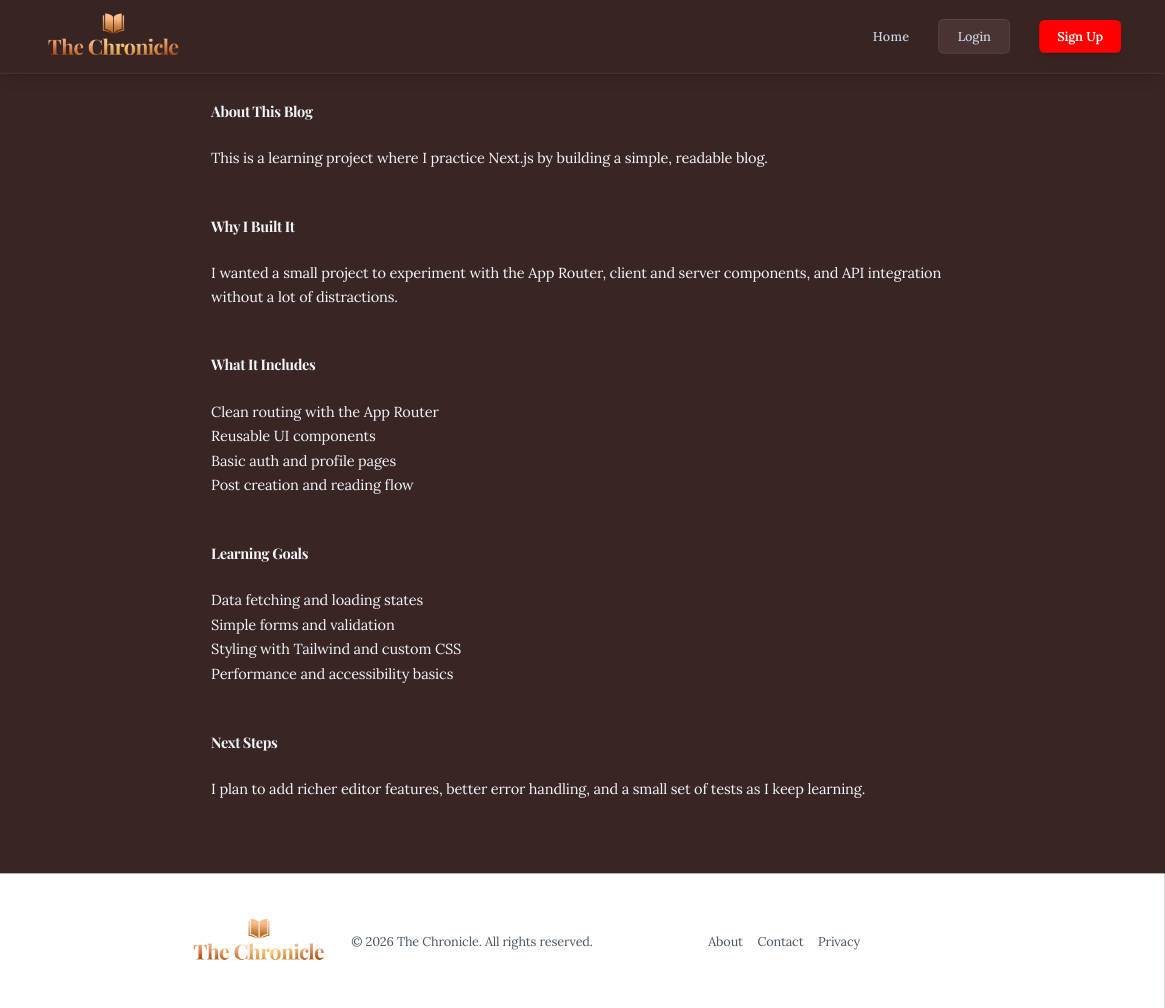
Repository: swaruplamsal/BasicBlogApp
Page: /about (app in blog-frontend/)
The author's editor kept a copy of each file at every save. The page is drawn from the files as they stood at one save, then again after a run of saves.
The browser window is 1280 px wide. The pictures show the whole page, at 91% of full size.
The page's requests for data from a server got no answer. The project was rebuilt for these pictures with package versions that can differ from the ones it lists, and the page was loaded fresh each time. The framework's server and built-in components were replaced by stand-ins that run in the browser. No one was signed in, and anything a server would have sent is missing. Also part of the build but not shown: blog-frontend/next.config.mjs, blog-frontend/app/components/Avatar.js.

Above is the page before, as saved 2026-02-07 20:51:28.

### blog-frontend/app/layout.js
// app/layout.js
import { Lora, Playfair_Display } from "next/font/google";
import { AuthProvider } from "./context/AuthContext";
import { generateSiteMetadata } from "../lib/metadata";
import "./globals.css";

export const metadata = generateSiteMetadata();

const lora = Lora({
  subsets: ["latin"],
  weight: ["400", "500", "600", "700"],
  variable: "--font-lora",
});

const playfair = Playfair_Display({
  subsets: ["latin"],
  weight: ["400", "500", "600", "700", "900"],
  variable: "--font-playfair",
});

export default function RootLayout({ children }) {
  return (
    <html lang="en">
      <body className={`${lora.variable} ${playfair.variable}`}>
        <AuthProvider>{children}</AuthProvider>
      </body>
    </html>
  );
}

### blog-frontend/app/about/page.js
import Navbar from "../components/Navbar";
import Footer from "../components/Footer";

const sectionStyle = {
  marginTop: "1.5rem",
};

export default function About() {
  return (
    <div className="dark:bg-sky-950">
      <Navbar />
      <main style={{ padding: "2rem", maxWidth: "880px", margin: "0 auto" }}>
        <h1>About This Blog</h1>
        <br />

        <p>
          This is a learning project where I practice Next.js by building a
          simple, readable blog.
        </p>
        <br />
        <section style={sectionStyle}>
          <h2>Why I Built It</h2>
          <br />
          <p>
            I wanted a small project to experiment with the App Router, client
            and server components, and API integration without a lot of
            distractions.
          </p>
        </section>
        <br />

        <section style={sectionStyle}>
          <h2>What It Includes</h2>
          <br />
          <ul>
            <li>Clean routing with the App Router</li>
            <li>Reusable UI components</li>
            <li>Basic auth and profile pages</li>
            <li>Post creation and reading flow</li>
          </ul>
        </section>
        <br />

        <section style={sectionStyle}>
          <h2>Learning Goals</h2>
          <br />
          <ul>
            <li>Data fetching and loading states</li>
            <li>Simple forms and validation</li>
            <li>Styling with Tailwind and custom CSS</li>
            <li>Performance and accessibility basics</li>
          </ul>
        </section>
        <br />

        <section style={sectionStyle}>
          <h2>Next Steps</h2>
          <br />
          <p>
            I plan to add richer editor features, better error handling, and a
            small set of tests as I keep learning.
          </p>
        </section>
      </main>
      <Footer />
    </div>
  );
}

### blog-frontend/app/context/AuthContext.js
"use client";

import { createContext, useContext, useState, useEffect } from "react";
import { authApi } from "../../lib/api";

const AuthContext = createContext();

// Helper function to get initial state from localStorage
function getInitialAuth() {
  if (typeof window === "undefined") {
    return { token: null, user: null };
  }

  const savedToken = localStorage.getItem("token");
  const savedUser = localStorage.getItem("user");

  return {
    token: savedToken || null,
    user: savedUser ? JSON.parse(savedUser) : null,
  };
}

export function AuthProvider({ children }) {
  const [user, setUser] = useState(() => getInitialAuth().user);
  const [token, setToken] = useState(() => getInitialAuth().token);

  // Sync user data with backend on mount if token exists
  useEffect(() => {
    if (typeof window === "undefined" || !token) return;

    const syncUserData = async () => {
      try {
        const completeUser = await authApi.getCurrentUser();
        setUser(completeUser);
        localStorage.setItem("user", JSON.stringify(completeUser));
      } catch (error) {
        // If sync fails, user might be logged out - clear auth state
        setToken(null);
        setUser(null);
        localStorage.removeItem("token");
        localStorage.removeItem("user");
      }
    };

    syncUserData();
  }, [token]);

  const login = async (username, password) => {
    try {
      const data = await authApi.login(username, password);

      setToken(data.token);
      localStorage.setItem("token", data.token);

      // Fetch complete user data including profile
      try {
        const completeUser = await authApi.getCurrentUser();
        setUser(completeUser);
        localStorage.setItem("user", JSON.stringify(completeUser));
      } catch (profileError) {
        // Fallback to basic user data if profile fetch fails
        setUser(data.user);
        localStorage.setItem("user", JSON.stringify(data.user));
      }

      return { success: true };
    } catch (error) {
      return { success: false, error: error.message };
    }
  };

  const signup = async (username, email, password) => {
    try {
      const data = await authApi.signup(username, email, password);

      setToken(data.token);
      setUser(data.user);
      localStorage.setItem("token", data.token);
      localStorage.setItem("user", JSON.stringify(data.user));
      return { success: true };
    } catch (error) {
      return { success: false, error: error.message };
    }
  };

  const logout = () => {
    setToken(null);
    setUser(null);
    localStorage.removeItem("token");
    localStorage.removeItem("user");
  };

  const refreshUser = async () => {
    if (!token) return;

    try {
      const completeUser = await authApi.getCurrentUser();
      setUser(completeUser);
      localStorage.setItem("user", JSON.stringify(completeUser));
    } catch (error) {
      console.log("Failed to refresh user data:", error.message);
    }
  };

  return (
    <AuthContext.Provider
      value={{ user, token, login, signup, logout, refreshUser }}
    >
      {children}
    </AuthContext.Provider>
  );
}

export function useAuth() {
  return useContext(AuthContext);
}

### blog-frontend/lib/metadata.js
// Helper functions for generating metadata

export const generateSiteMetadata = () => ({
  title: {
    template: "%s | The Chronicle",
    default: "The Chronicle - Where Stories Matter",
  },
  description:
    "Discover thoughtful perspectives, compelling narratives, and insights that challenge the ordinary.",
  keywords: ["blog", "stories", "articles", "writing", "chronicle"],
  authors: [{ name: "The Chronicle Team" }],
  openGraph: {
    type: "website",
    locale: "en_US",
    siteName: "The Chronicle",
  },
  twitter: {
    card: "summary_large_image",
  },
  // Fallback favicon / site icon. Place a file at public/favicon.png (or /favicon.ico)
  icons: {
    icon: "/favicon.png",
    apple: "/favicon.png",
  },
});

export const generatePostMetadata = (post) => {
  if (!post) return {};

  return {
    title: post.title,
    description: post.content.substring(0, 160) + "...",
    keywords: post.tags?.map((tag) => tag.name) || [],
    authors: [{ name: post.author?.username || "Anonymous" }],
    openGraph: {
      title: post.title,
      description: post.content.substring(0, 160) + "...",
      type: "article",
      publishedTime: post.created_at,
      modifiedTime: post.updated_at,
      authors: [post.author?.username || "Anonymous"],
      tags: post.tags?.map((tag) => tag.name) || [],
    },
    twitter: {
      card: "summary_large_image",
      title: post.title,
      description: post.content.substring(0, 160) + "...",
    },
  };
};

### blog-frontend/app/globals.css
@import "tailwindcss";

@layer base {
  :root {
    /* Bold Editorial Theme - Color Hunt Palette */
    --background: #3a2525;
    --background-elevated: #4a3535;
    --background-hover: #5a4545;
    --foreground: #f1f5f9;
    --foreground-muted: #cbd5e1;
    --foreground-subtle: #94a3b8;

    /* Accent Colors */
    --accent: #ff0000;
    --accent-hover: #cc0000;
    --accent-light: #ff3333;
    --accent-secondary: #9e2a2a;
    --navy: #000080;
    --navy-hover: #0000a0;

    /* Borders & Dividers */
    --border: #5a4545;
    --border-light: #6a5555;

    /* Semantic Colors */
    --success: #10b981;
    --error: #ff0000;
    --warning: #ff0000;
  }

  body {
    background: var(--background);
    color: var(--foreground);
    font-family:
      var(--font-lora),
      -apple-system,
      BlinkMacSystemFont,
      "Segoe UI",
      Roboto,
      sans-serif;
    line-height: 1.7;
    -webkit-font-smoothing: antialiased;
    -moz-osx-font-smoothing: grayscale;
    letter-spacing: -0.011em;
  }

  h1,
  h2,
  h3,
  h4,
  h5,
  h6 {
    font-family: var(--font-playfair), Georgia, serif;
    font-weight: 700;
    line-height: 1.25;
    color: var(--foreground);
    letter-spacing: -0.025em;
  }
}

@layer components {
  /* Custom Scrollbar */
  ::-webkit-scrollbar {
    width: 8px;
  }

  ::-webkit-scrollbar-track {
    background: var(--background);
  }

  ::-webkit-scrollbar-thumb {
    background: var(--accent);
    border-radius: 4px;
  }

  ::-webkit-scrollbar-thumb:hover {
    background: var(--accent-hover);
  }

  /* Smooth transitions */
  * {
    transition-property:
      background-color, border-color, color, fill, stroke, transform, opacity;
    transition-timing-function: cubic-bezier(0.4, 0, 0.2, 1);
    transition-duration: 200ms;
  }

  /* Editorial Utilities */
  .editorial-gradient {
    background: linear-gradient(
      135deg,
      var(--background) 0%,
      var(--background-elevated) 100%
    );
  }

  .text-gradient {
    background: linear-gradient(135deg, #ff0000, #9e2a2a);
    -webkit-background-clip: text;
    -webkit-text-fill-color: transparent;
    background-clip: text;
  }

  .reading-progress {
    position: fixed;
    top: 0;
    left: 0;
    height: 3px;
    background: linear-gradient(90deg, #ff0000, #9e2a2a);
    z-index: 9999;
    transition: width 0.1s ease-out;
  }

  .card-hover {
    transition: all 0.3s cubic-bezier(0.4, 0, 0.2, 1);
  }

  .card-hover:hover {
    transform: translateY(-2px);
    box-shadow: 0 20px 40px -12px rgba(255, 0, 0, 0.2);
    border-color: #6a5555 !important;
  }

  /* Button Styles */
  .btn-primary {
    background-color: #ff0000;
    box-shadow: 0 10px 25px -5px rgba(255, 0, 0, 0.3);
    transition: all 0.3s ease;
  }

  .btn-primary:hover {
    background-color: #cc0000;
    box-shadow: 0 15px 30px -5px rgba(255, 0, 0, 0.4);
  }

  /* Link Styles */
  .link-red {
    color: #ff0000;
    transition: color 0.2s ease;
  }

  .link-red:hover {
    color: #ff3333;
  }

  .link-nav {
    color: #cbd5e1;
    transition: color 0.2s ease;
  }

  .link-nav:hover {
    color: #ff0000;
  }

  /* Article Title */
  .article-title {
    color: #f1f5f9;
    transition: color 0.3s ease;
  }

  .article-title:hover {
    color: #ff0000;
  }

  /* Tag Styles */
  .tag {
    color: #94a3b8;
    background-color: rgba(90, 69, 69, 0.5);
    border: 1px solid rgba(106, 85, 85, 0.5);
    transition: all 0.2s ease;
  }

  .tag:hover {
    border-color: #9e2a2a;
    color: #cbd5e1;
  }
  /* Form Styles */
  .form-input {
    background-color: rgba(90, 69, 69, 0.5);
    border: 1px solid #6a5555;
    color: #f1f5f9;
    transition: all 0.2s ease;
  }

  .form-input:focus {
    outline: none;
    border-color: #ff0000;
    background-color: rgba(90, 69, 69, 0.7);
  }

  .form-label {
    color: #cbd5e1;
  }

  .form-container {
    background-color: rgba(74, 53, 53, 0.5);
    border: 1px solid #5a4545;
  }

  .btn-secondary {
    background-color: rgba(90, 69, 69, 0.8);
    color: #cbd5e1;
    border: 1px solid #6a5555;
    transition: all 0.2s ease;
  }

  .btn-secondary:hover {
    background-color: rgba(90, 69, 69, 1);
    border-color: #7a6565;
  }

  .btn-danger {
    background-color: rgba(158, 42, 42, 0.8);
    color: #fff;
    border: 1px solid #9e2a2a;
    transition: all 0.2s ease;
  }

  .btn-danger:hover {
    background-color: #9e2a2a;
  }

  .btn-success {
    background-color: rgba(16, 185, 129, 0.8);
    color: #fff;
    transition: all 0.2s ease;
  }

  .btn-success:hover {
    background-color: rgb(16, 185, 129);
  }

  /* ========================================
   LOADING & ANIMATION STYLES
   ======================================== */

  /* Shimmer effect for skeleton loaders */
  @keyframes shimmer {
    0% {
      transform: translateX(-100%);
    }
    100% {
      transform: translateX(100%);
    }
  }

  .animate-shimmer {
    animation: shimmer 2s infinite;
  }

  /* Fade in animation */
  @keyframes fade-in {
    from {
      opacity: 0;
    }
    to {
      opacity: 1;
    }
  }

  .animate-fade-in {
    animation: fade-in 0.5s ease-out;
  }

  /* Fade in and slide up animation */
  @keyframes fade-in-up {
    from {
      opacity: 0;
      transform: translateY(20px);
    }
    to {
      opacity: 1;
      transform: translateY(0);
    }
  }

  .animate-fade-in-up {
    animation: fade-in-up 0.6s ease-out;
  }

  /* Scale in animation */
  @keyframes scale-in {
    from {
      opacity: 0;
      transform: scale(0.95);
    }
    to {
      opacity: 1;
      transform: scale(1);
    }
  }

  .animate-scale-in {
    animation: scale-in 0.4s ease-out;
  }

  /* Smooth transitions for all interactive elements */
  .transition-smooth {
    transition: all 0.3s cubic-bezier(0.4, 0, 0.2, 1);
  }
}

### blog-frontend/app/components/Navbar.js
// app/components/Navbar.js
"use client";

import dynamic from "next/dynamic";
import Link from "next/link";
import Image from "next/image";

const NavbarAuth = dynamic(() => import("./NavbarAuth"), { ssr: false });

export default function Navbar() {
  return (
    <nav
      className="sticky top-0 z-50 backdrop-blur-xl border-b shadow-lg"
      style={{
        backgroundColor: "rgba(58, 37, 37, 0.8)",
        borderColor: "rgba(90, 69, 69, 0.5)",
      }}
    >
      <div className="max-w-7xl mx-auto px-6 sm:px-8 lg:px-12">
        <div className="flex justify-between items-center h-20">
          {/* Logo */}
          <Link
            href="/"
            className="group flex items-center gap-3 hover:opacity-80 transition-opacity"
          >
            {/* Replace the inline svg with a logo image from public/images/logo.png */}
            <div>
              <Image
                src="/images/logo.png"
                alt="Editorial logo"
                width={150}
                height={150}
                className="object-cover"
                priority
              />
            </div>
          </Link>

          {/* Nav Links */}
          <div className="flex items-center gap-8">
            <Link
              href="/"
              className="link-nav font-medium text-sm tracking-wide"
            >
              Home
            </Link>
            <NavbarAuth />
          </div>
        </div>
      </div>
    </nav>
  );
}

### blog-frontend/app/components/Footer.js
import Image from "next/image";
import Link from "next/link";
import SocialLinks from "./SocialLinks";

export default function Footer() {
  return (
    <footer className="border-t mt-12 py-8 bg-white dark:bg-gray-900">
      <div className="max-w-4xl mx-auto px-4 flex flex-col md:flex-row items-center justify-between gap-4">
        <div className="flex items-center space-x-3">
          <Link href="/" className="flex items-center">
            <Image
              src="/images/logo.png"
              alt="Logo"
              width={150}
              height={150}
              className="rounded-sm"
            />
          </Link>
          <p className="text-sm text-gray-600 dark:text-gray-300 ml-4">
            © {new Date().getFullYear()} The Chronicle. All rights reserved.
          </p>
        </div>

        <nav className="flex items-center space-x-4">
          <Link
            href="/about"
            className="text-sm text-gray-600 hover:text-red-600 transition-colors duration-200 dark:text-gray-300 dark:hover:text-red-400 active:text-red-900 focus:outline-none focus-visible:ring-2 focus-visible:ring-red-300 rounded"
          >
            About
          </Link>
          <Link
            href="/contact"
            className="text-sm text-gray-600 hover:text-red-600 transition-colors duration-200 dark:text-gray-300 dark:hover:text-red-400 active:text-red-900 focus:outline-none focus-visible:ring-2 focus-visible:ring-red-300 rounded"
          >
            Contact
          </Link>
          <Link
            href="/privacy"
            className="text-sm text-gray-600 hover:text-red-600 transition-colors duration-200 dark:text-gray-300 dark:hover:text-red-400 active:text-red-900 focus:outline-none focus-visible:ring-2 focus-visible:ring-red-300 rounded"
          >
            Privacy
          </Link>
        </nav>

        <div>
          <SocialLinks />
        </div>
      </div>
    </footer>
  );
}

### blog-frontend/app/components/SocialLinks.js
"use client";

import Link from "next/link";

export default function SocialLinks({ website, twitter, github, linkedin }) {
  const links = [
    {
      name: "Website",
      value: website,
      href: website,
      icon: (
        <svg
          className="w-5 h-5"
          fill="none"
          stroke="currentColor"
          viewBox="0 0 24 24"
        >
          <path
            strokeLinecap="round"
            strokeLinejoin="round"
            strokeWidth={2}
            d="M21 12a9 9 0 01-9 9m9-9a9 9 0 00-9-9m9 9H3m9 9a9 9 0 01-9-9m9 9c1.657 0 3-4.03 3-9s-1.343-9-3-9m0 18c-1.657 0-3-4.03-3-9s1.343-9 3-9m-9 9a9 9 0 019-9"
          />
        </svg>
      ),
    },
    {
      name: "Twitter",
      value: twitter,
      href: twitter ? `https://twitter.com/${twitter}` : null,
      icon: (
        <svg className="w-5 h-5" fill="currentColor" viewBox="0 0 24 24">
          <path d="M18.244 2.25h3.308l-7.227 8.26 8.502 11.24H16.17l-5.214-6.817L4.99 21.75H1.68l7.73-8.835L1.254 2.25H8.08l4.713 6.231zm-1.161 17.52h1.833L7.084 4.126H5.117z" />
        </svg>
      ),
    },
    {
      name: "GitHub",
      value: github,
      href: github ? `https://github.com/${github}` : null,
      icon: (
        <svg className="w-5 h-5" fill="currentColor" viewBox="0 0 24 24">
          <path
            fillRule="evenodd"
            d="M12 2C6.477 2 2 6.484 2 12.017c0 4.425 2.865 8.18 6.839 9.504.5.092.682-.217.682-.483 0-.237-.008-.868-.013-1.703-2.782.605-3.369-1.343-3.369-1.343-.454-1.158-1.11-1.466-1.11-1.466-.908-.62.069-.608.069-.608 1.003.07 1.531 1.032 1.531 1.032.892 1.53 2.341 1.088 2.91.832.092-.647.35-1.088.636-1.338-2.22-.253-4.555-1.113-4.555-4.951 0-1.093.39-1.988 1.029-2.688-.103-.253-.446-1.272.098-2.65 0 0 .84-.27 2.75 1.026A9.564 9.564 0 0112 6.844c.85.004 1.705.115 2.504.337 1.909-1.296 2.747-1.027 2.747-1.027.546 1.379.202 2.398.1 2.651.64.7 1.028 1.595 1.028 2.688 0 3.848-2.339 4.695-4.566 4.943.359.309.678.92.678 1.855 0 1.338-.012 2.419-.012 2.747 0 .268.18.58.688.482A10.019 10.019 0 0022 12.017C22 6.484 17.522 2 12 2z"
            clipRule="evenodd"
          />
        </svg>
      ),
    },
    {
      name: "LinkedIn",
      value: linkedin,
      href: linkedin ? `https://linkedin.com/in/${linkedin}` : null,
      icon: (
        <svg className="w-5 h-5" fill="currentColor" viewBox="0 0 24 24">
          <path d="M20.447 20.452h-3.554v-5.569c0-1.328-.027-3.037-1.852-3.037-1.853 0-2.136 1.445-2.136 2.939v5.667H9.351V9h3.414v1.561h.046c.477-.9 1.637-1.85 3.37-1.85 3.601 0 4.267 2.37 4.267 5.455v6.286zM5.337 7.433c-1.144 0-2.063-.926-2.063-2.065 0-1.138.92-2.063 2.063-2.063 1.14 0 2.064.925 2.064 2.063 0 1.139-.925 2.065-2.064 2.065zm1.782 13.019H3.555V9h3.564v11.452zM22.225 0H1.771C.792 0 0 .774 0 1.729v20.542C0 23.227.792 24 1.771 24h20.451C23.2 24 24 23.227 24 22.271V1.729C24 .774 23.2 0 22.222 0h.003z" />
        </svg>
      ),
    },
  ];

  const activeLinks = links.filter((link) => link.value);

  if (activeLinks.length === 0) {
    return null;
  }

  return (
    <div className="flex flex-wrap gap-3">
      {activeLinks.map((link) => (
        <a
          key={link.name}
          href={link.href}
          target="_blank"
          rel="noopener noreferrer"
          className="flex items-center gap-2 px-4 py-2 bg-slate-800/50 rounded-lg border border-slate-700/50 hover:border-red-600/50 hover:bg-slate-800 transition-all text-slate-400 hover:text-red-400"
          title={link.name}
        >
          {link.icon}
          <span className="text-sm">{link.name}</span>
        </a>
      ))}
    </div>
  );
}

Loaded but not shown: blog-frontend/lib/api.js (library); blog-frontend/app/components/NavbarAuth.js (180 lines, source omitted)

After the next 2 saves:
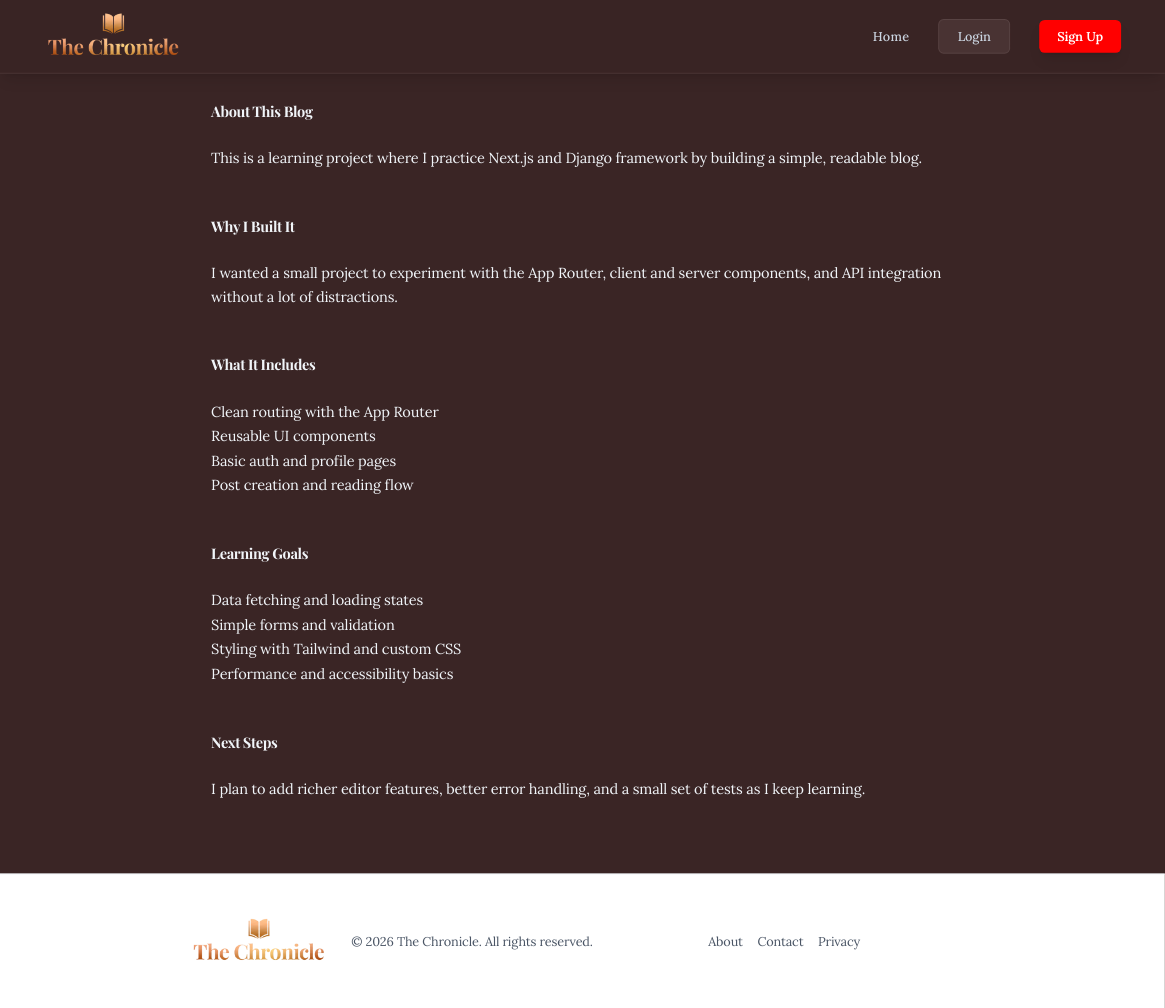
The 2 saves are shown as one change because they came seconds apart.
The last was saved 31 s later.
--- a/blog-frontend/app/about/page.js
+++ b/blog-frontend/app/about/page.js
@@ -14,7 +14,7 @@ export default function About() {
         <br />
 
         <p>
-          This is a learning project where I practice Next.js by building a
+          This is a learning project where I practice Next.js and Django framework by building a
           simple, readable blog.
         </p>
         <br />
